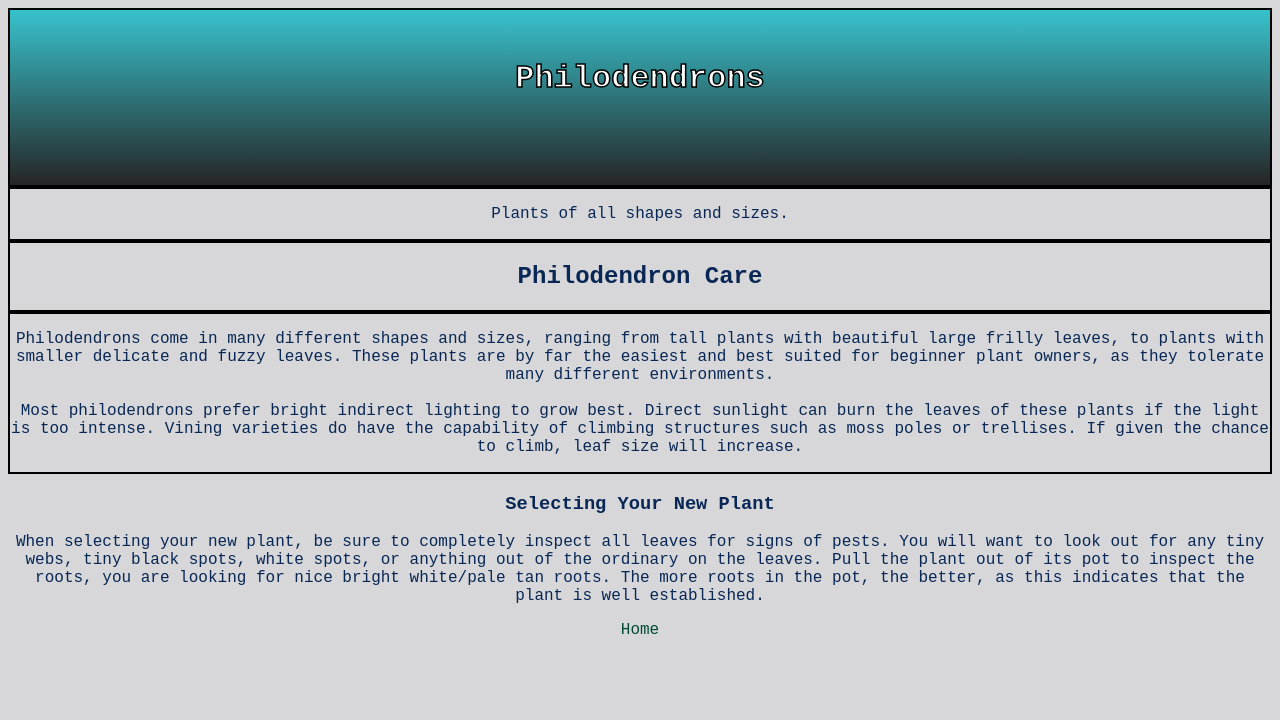
Repository: swillis91/odin-recipies
Page: Planty Page/philodendrons.html
An editor plug-in stored every save of this project. The page is shown before and after the next save, followed by the edit.
The browser window is 1280 px wide. The pictures show the whole page.

Above is the page before, as saved 2023-08-14 23:43:02.

After the next save:
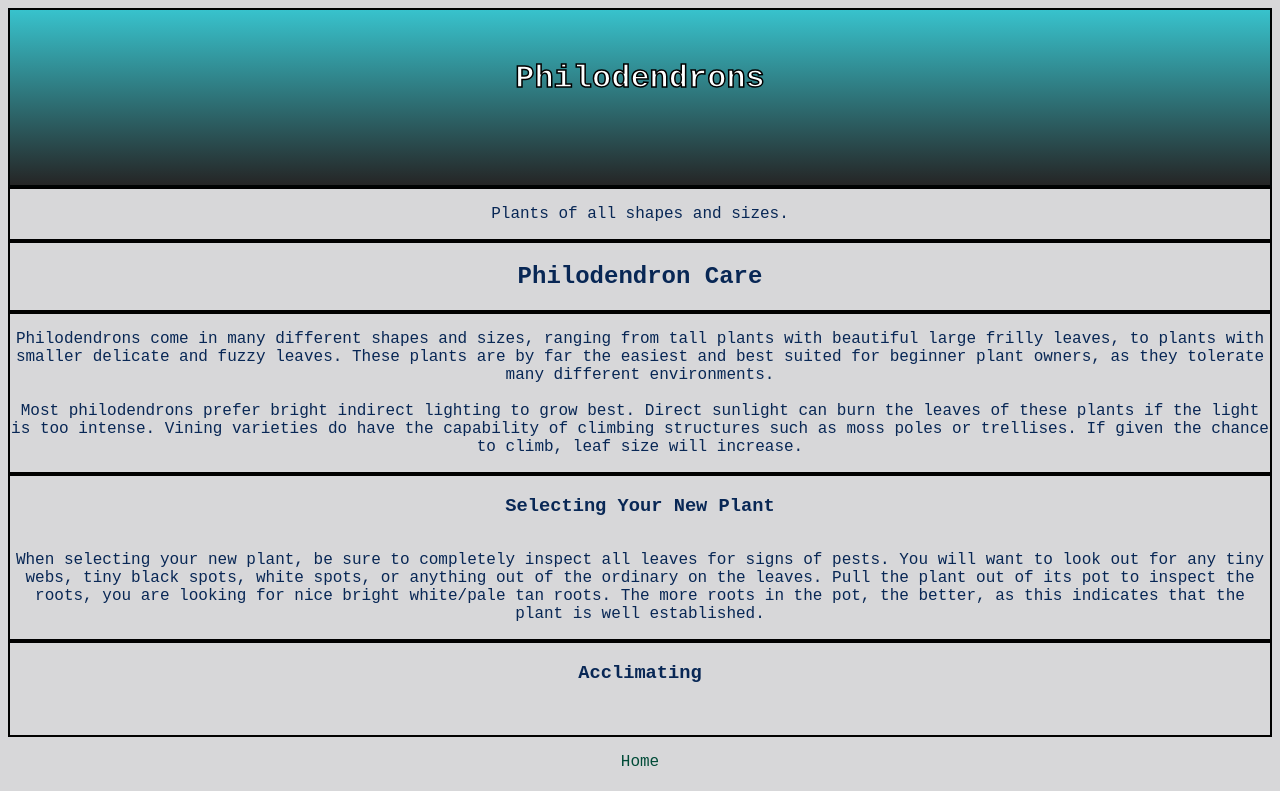
Saved 70 s later.
--- a/Planty Page/philodendrons.html
+++ b/Planty Page/philodendrons.html
@@ -20,9 +20,13 @@
                 <br>
                 Most philodendrons prefer bright indirect lighting to grow best. Direct sunlight can burn the leaves of these plants if the light is too intense. Vining varieties do have the capability of climbing structures such as moss poles or trellises. If given the chance to climb, leaf size will increase.</p>
             </div>
-            <div>
+            <div class="box">
                 <h3>Selecting Your New Plant</h3>
                 <p>When selecting your new plant, be sure to completely inspect all leaves for signs of pests. You will want to look out for any tiny webs, tiny black spots, white spots, or anything out of the ordinary on the leaves. Pull the plant out of its pot to inspect the roots, you are looking for nice bright white/pale tan roots. The more roots in the pot, the better, as this indicates that the plant is well established.</p>
+            </div>
+            <div class="box">
+                <h3>Acclimating</h3>
+                <p></p>
             </div>
               </p>
                 <!--img src="./Images/makoyana.webp" id="calathea makoyana" width="700px"-->
